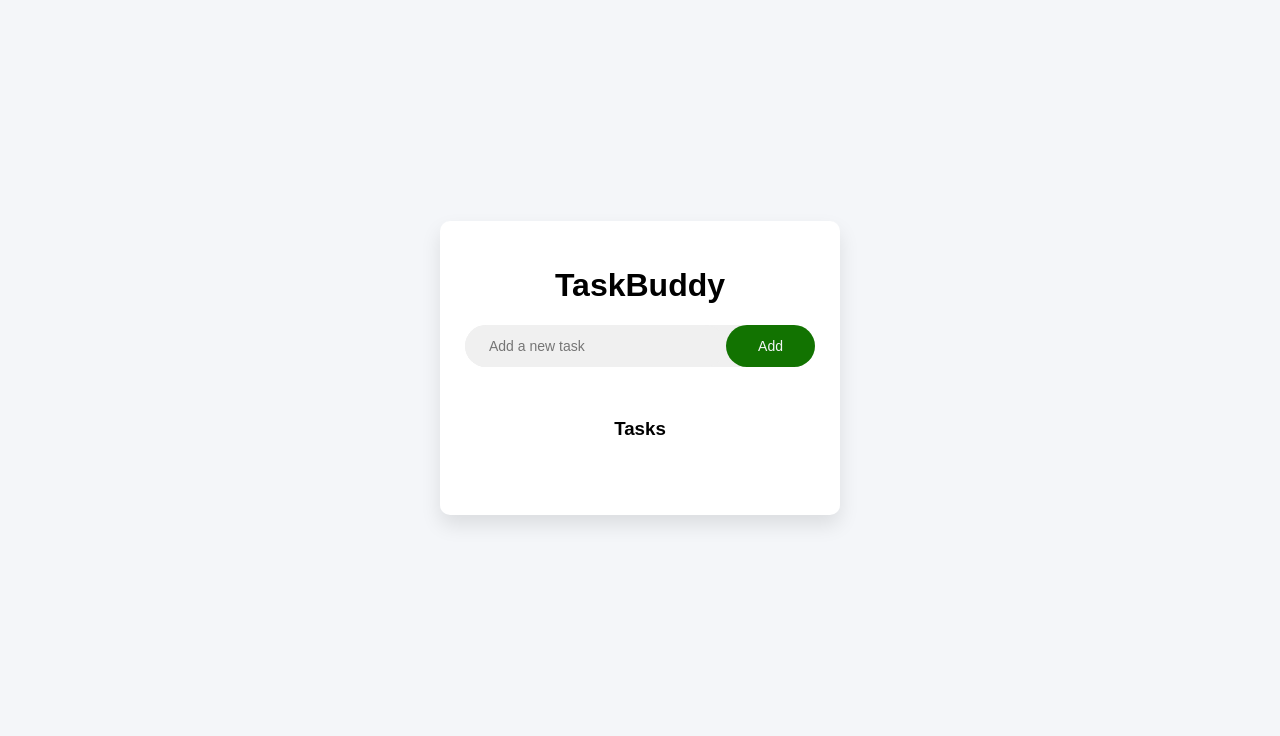
Repository: yogeshnandwani/taskbuddy-todo
Page: index.html
An editor plug-in stored every save of this project. The page is shown before and after the next save, followed by the edit.
The browser window is 1280 px wide. The pictures show the whole page.

Above is the page before, as saved 2026-03-16 19:33:39.

After the next save:
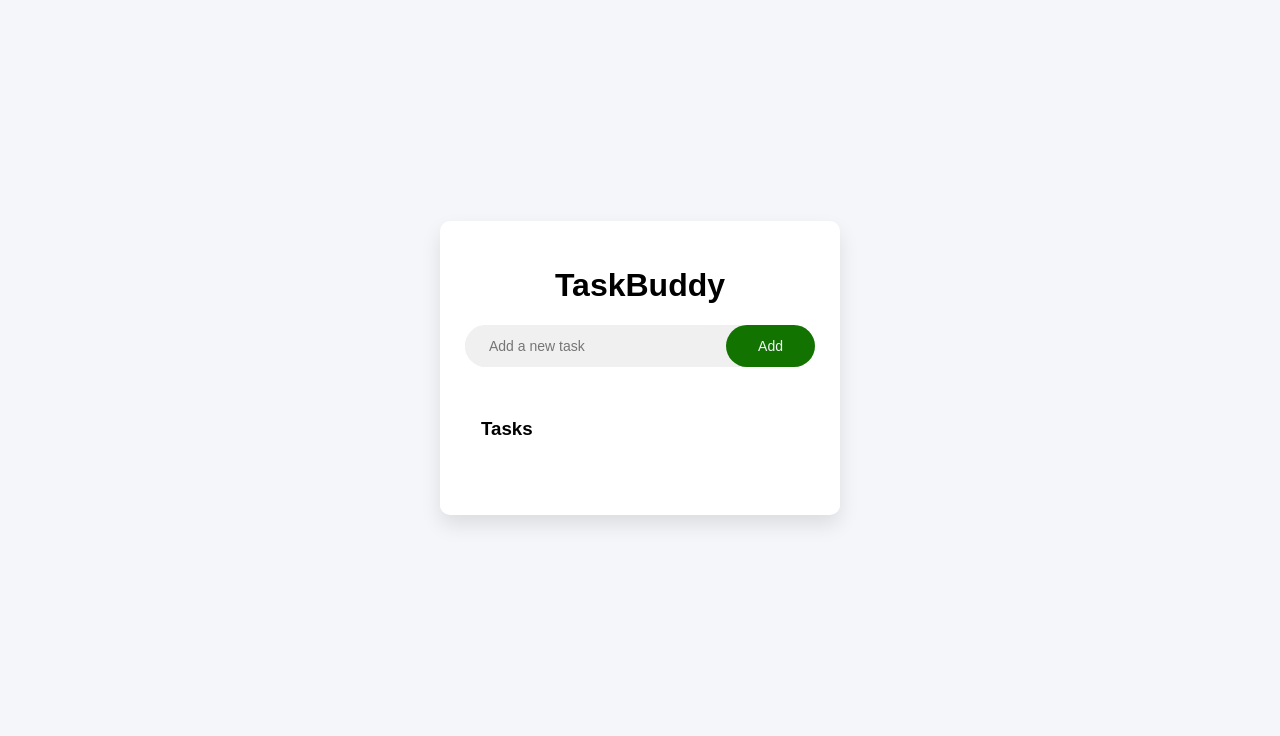
Saved 18 s later.
--- a/css/style.css
+++ b/css/style.css
@@ -60,7 +60,7 @@ ul{
 }
 
 ul .heading{
-    text-align: left;
+    align-self: flex-start;
 }
 
 li{
